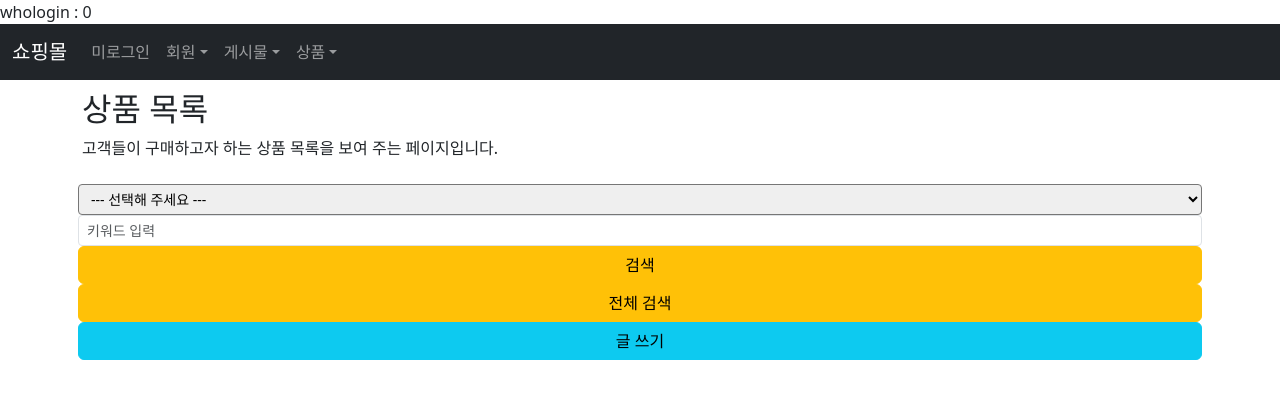
Repository: Sain-Clair/Team5
Page: http://localhost/Student/product/prList.jsp
The author's editor kept a copy of each file at every save. The page is drawn from the files as they stood at one save, then again after the next save.
The browser window is 1280 px wide. The pictures show the whole page.
The page is served by Tomcat 9. The template is opened directly, without the code that normally fills it, so the values that code supplies are empty.

Above is the page before, as saved 2023-09-07 03:54:41.

After the next save:
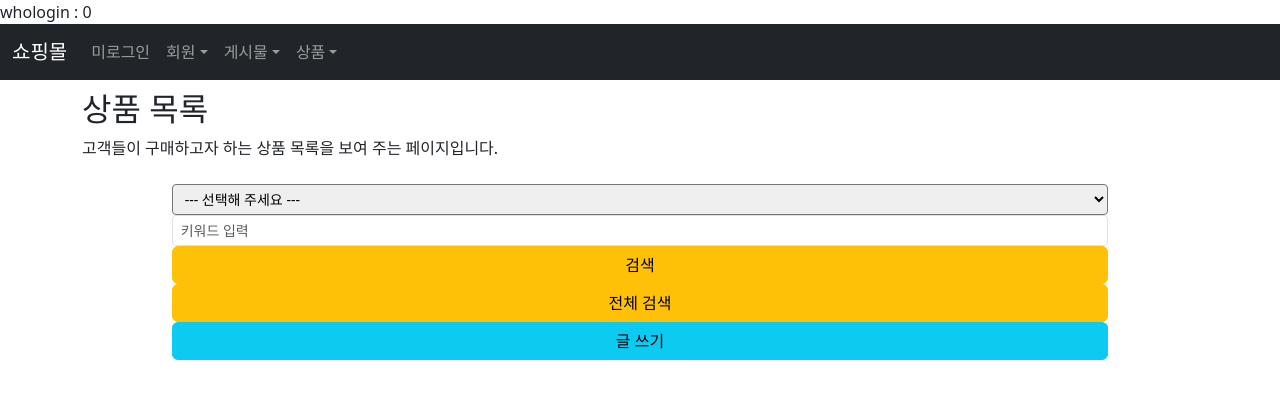
Saved 30 s later.
--- a/Student/src/main/webapp/product/prList.jsp
+++ b/Student/src/main/webapp/product/prList.jsp
@@ -55,7 +55,7 @@
 					<td colspan="7" align="right">
 						<div class="row">
 							<div class="col-sm-1"></div><!-- grid 화면을 12개로 분할. 그 중에 1 -->
-							<div >
+							<div class="col-sm-10">
 							<!-- //////////////// -->
 								<form name="myform" action="<%=withFormTag%>" method="get">
 									<input type="hidden" name="command" value="prList">
